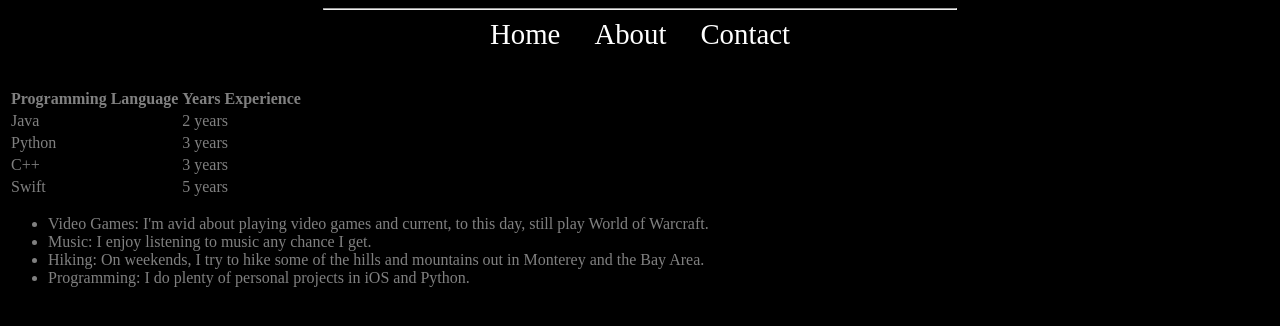
Repository: Sovereign5/cst336
Page: hbs/public/personal_portfolio/about.html
The author's editor kept a record of every edit. The page is drawn from the files as they stood at one moment, then again after the next edit.
The browser window is 1280 px wide. The pictures show the whole page.

Above is the page before.

### hbs/public/personal_portfolio/about.html
<!DOCTYPE html>
<html>
<!--

First Website
and comment
in html
(comments can span multiple lines)

-->

<!-- This is the head -->
<!-- All styles and javascript go inside the head -->
    <head>
        <meta charset="utf-8" />
        <title>Christopher Garica: Personal Website</title>
        <link href="css/styles.css" rel="stylesheet" type="text/css" />
    </head>
<!-- closing head -->
    <nav>
        <hr width="50%" />
        <a href="index.html">Home</a>
        <a id="selected" href="about.html">About</a>
        <a href="contact.html">Contact</a>
    </nav>
    <br /><br />
    <!-- This is the body -->
    <!-- This is where we place the content of our website -->

    <div id="content">
        <table>
            <tr id="table-header">
                <td><strong>Programming Language</strong></td>
                <td><strong>Years Experience</strong></td>
            </tr>
            <tr class="table-row">
                <td>Java</td>
                <td>2 years</td>
            </tr>
            <tr class="table-row">
                <td>Python</td>
                <td>3 years</td>
            </tr>
            <tr class="table-row">
                <td>C++</td>
                <td>3 years</td>
            </tr>
            <tr class="table-row">
                <td>Swift</td>
                <td>5 years</td>
            </tr>
        </table>

        <ul>
            <li><span class="hobby">Video Games:</span> I'm avid about playing video games and current, to this day, still play World of Warcraft.</li>
            <li><span class="hobby">Music:</span> I enjoy listening to music any chance I get.</li>
            <li><span class="hobby">Hiking:</span> On weekends, I try to hike some of the hills and mountains out in Monterey and the Bay Area.</li>
            <li><span class="hobby">Programming:</span> I do plenty of personal projects in iOS and Python.</li>
        </ul>
    </div>
</html>

### hbs/public/personal_portfolio/css/styles.css
body {
    background-color: black;
    color: gray;
}

header, main, nav, footer {
    text-align: center;
}

nav a {
    padding:15px;
    padding-bottom: 4px;
    font-size: 1.8em;
    text-decoration: none; /*removes underline*/
    color: white; /*removes default blue text*/
}

#selected {
    font-family: cursive;
}

nav a:hover {
    border-bottom: 2px orange solid;
    font-size: 2em;
    transition: .9s;
}

#me, #welcomeText {
    float: left;
}

footer {
    clear: left;
    font-size: 0.9em;
    color: orange;
}

#CSUMBImage {
    float: right;
    padding-right: 50px
}

table {
    padding: 0px auto;
}

After the next edit:
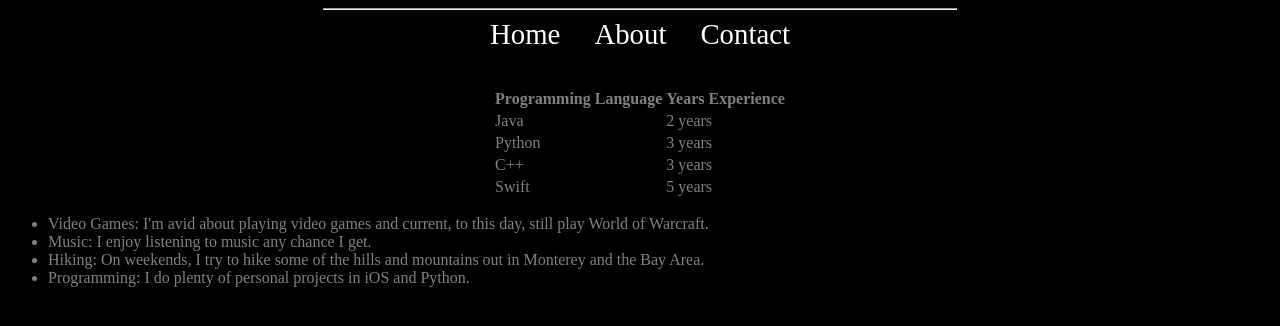
The edit:
--- a/hbs/public/personal_portfolio/css/styles.css
+++ b/hbs/public/personal_portfolio/css/styles.css
@@ -41,5 +41,5 @@
 }
 
 table {
-    padding: 0px auto;
+    margin: 0px auto;
 }
